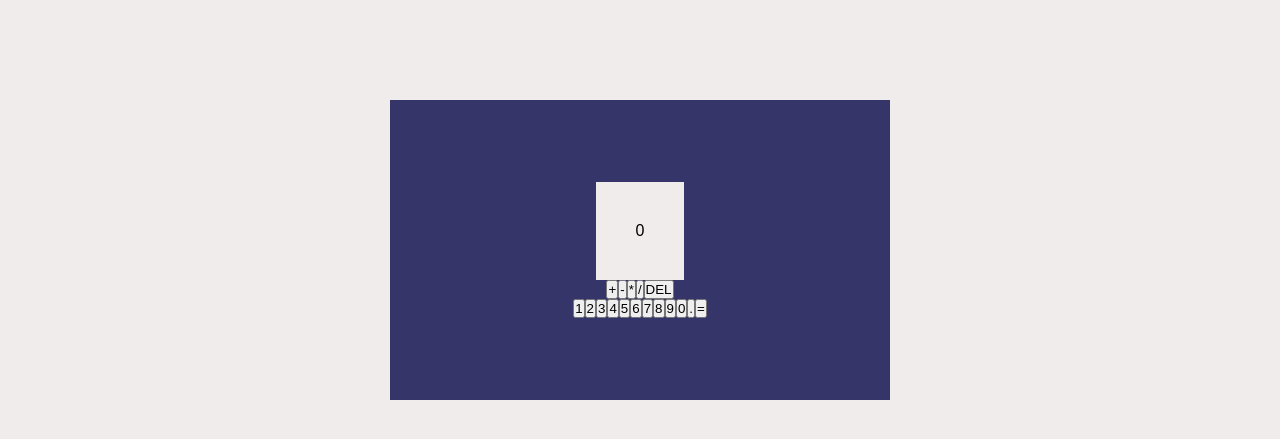
Repository: Bishek666/simple-calculator
Page: /
An editor plug-in stored every save of this project. The page is shown before and after the next save, followed by the edit.
The browser window is 1280 px wide. The pictures show the whole page.
The project was rebuilt for these pictures with package versions that can differ from the ones it lists, and the page was loaded fresh each time.

Above is the page before, as saved 2021-10-20 17:41:24.

After the next save:
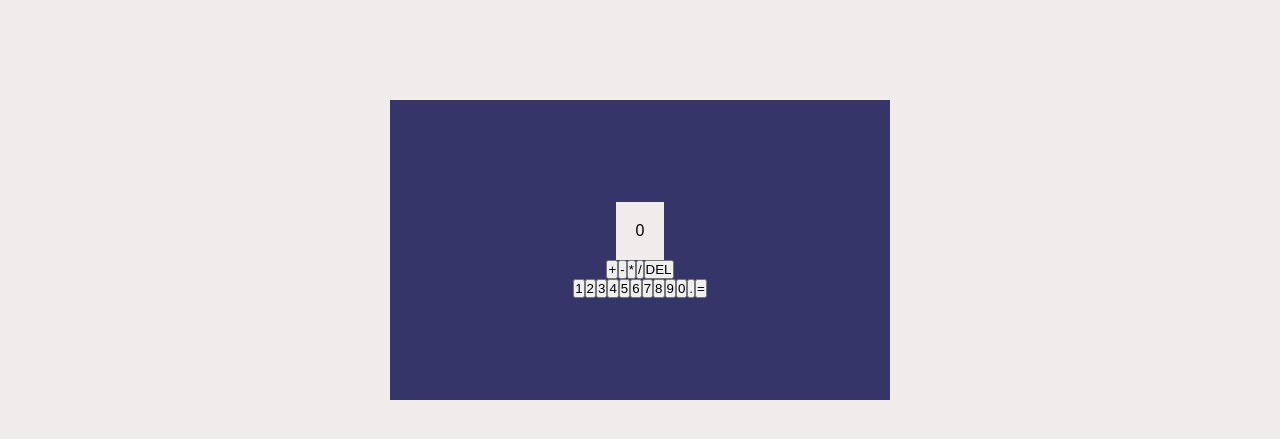
Saved 11 s later.
--- a/src/index.css
+++ b/src/index.css
@@ -28,6 +28,6 @@ body {
 }
 
 .display-calculation {
-    padding: 40px;
+    padding: 20px;
     background-color: var(--light);
 }
